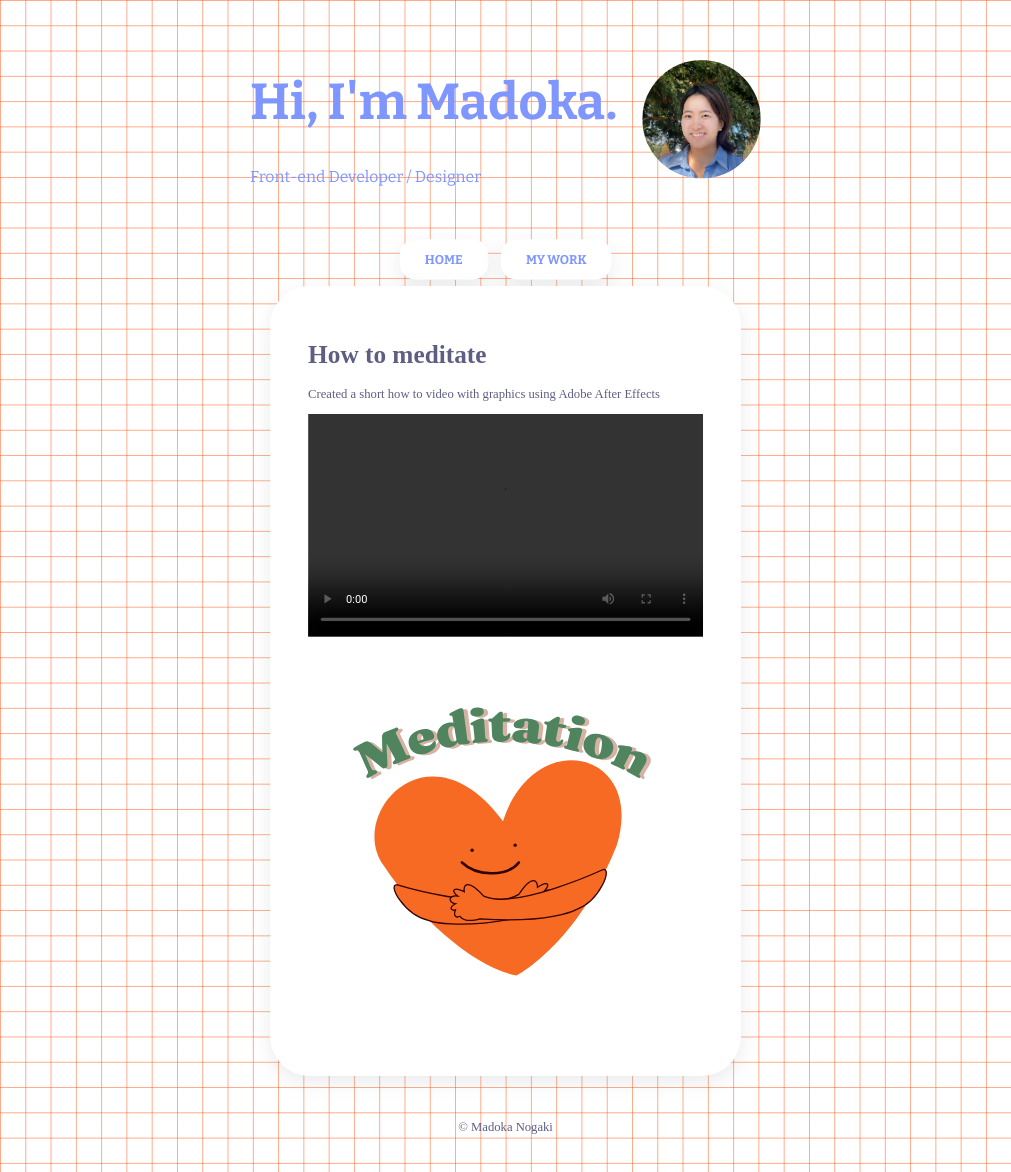
Repository: ohmaruko/portfolio
Page: /links/howToMeditate
The author's editor kept a copy of each file at every save. The page is drawn from the files as they stood at one save, then again after a run of saves.
The browser window is 1280 px wide. The pictures show the whole page, at 79% of full size.
Pictures or frames that could not be fetched are drawn as grey boxes. The project was rebuilt for these pictures with package versions that can differ from the ones it lists, and the page was loaded fresh each time. The framework's server and built-in components were replaced by stand-ins that run in the browser. Also part of the build but not shown: next.config.mjs.

Above is the page before, as saved 2024-02-18 00:44:28.

After the next 2 saves:
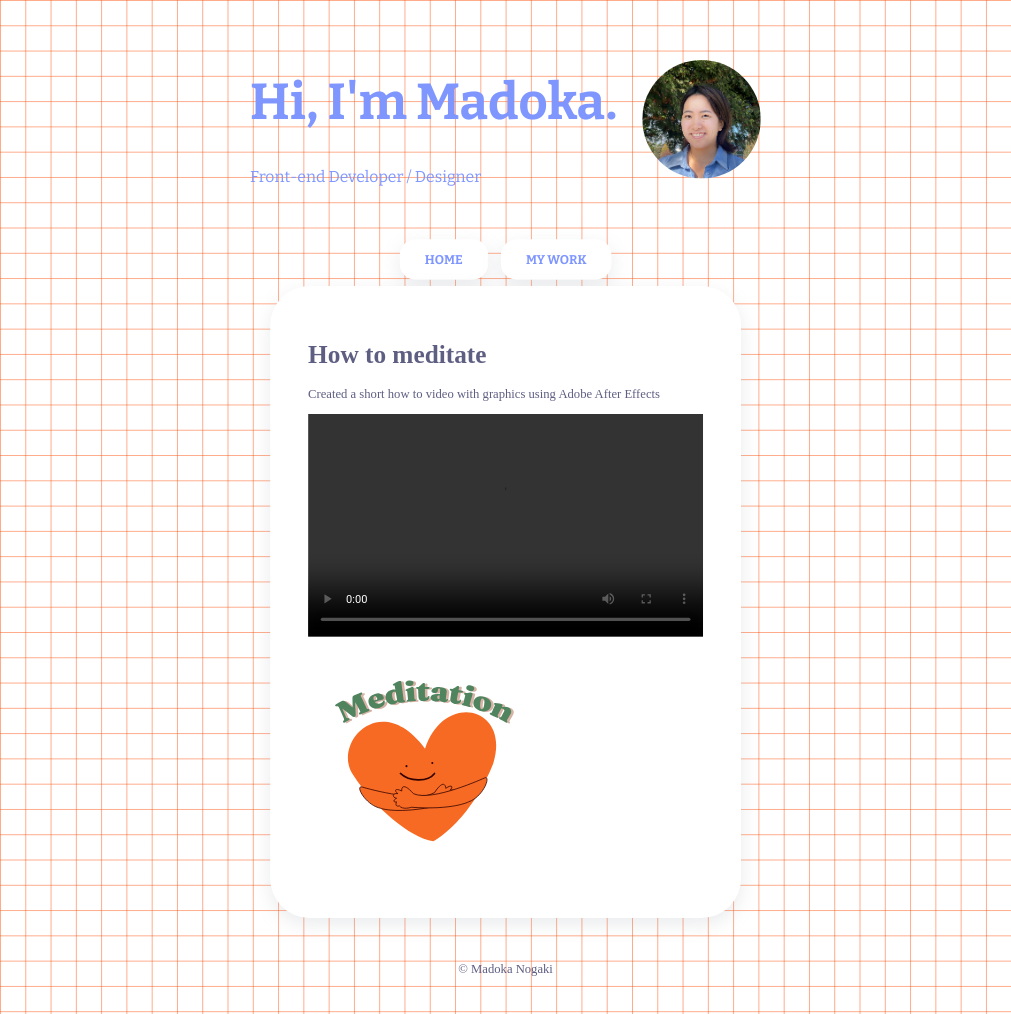
The 2 saves are shown as one change because they came seconds apart.
The last was saved 7 s later.
--- a/pages/links/howToMeditate.js
+++ b/pages/links/howToMeditate.js
@@ -30,7 +30,7 @@ export default function Works() {
                                 <source src='/meditation.mp4' type='video/mp4'></source>
                             </video>
                         </div>
-                        <Image src='/images/heart.svg' alt='heart' width={500} height={500}/>
+                        <Image src='/images/heart.svg' alt='heart' width={300} height={300}/>
 
                     </div>
                 }/>
